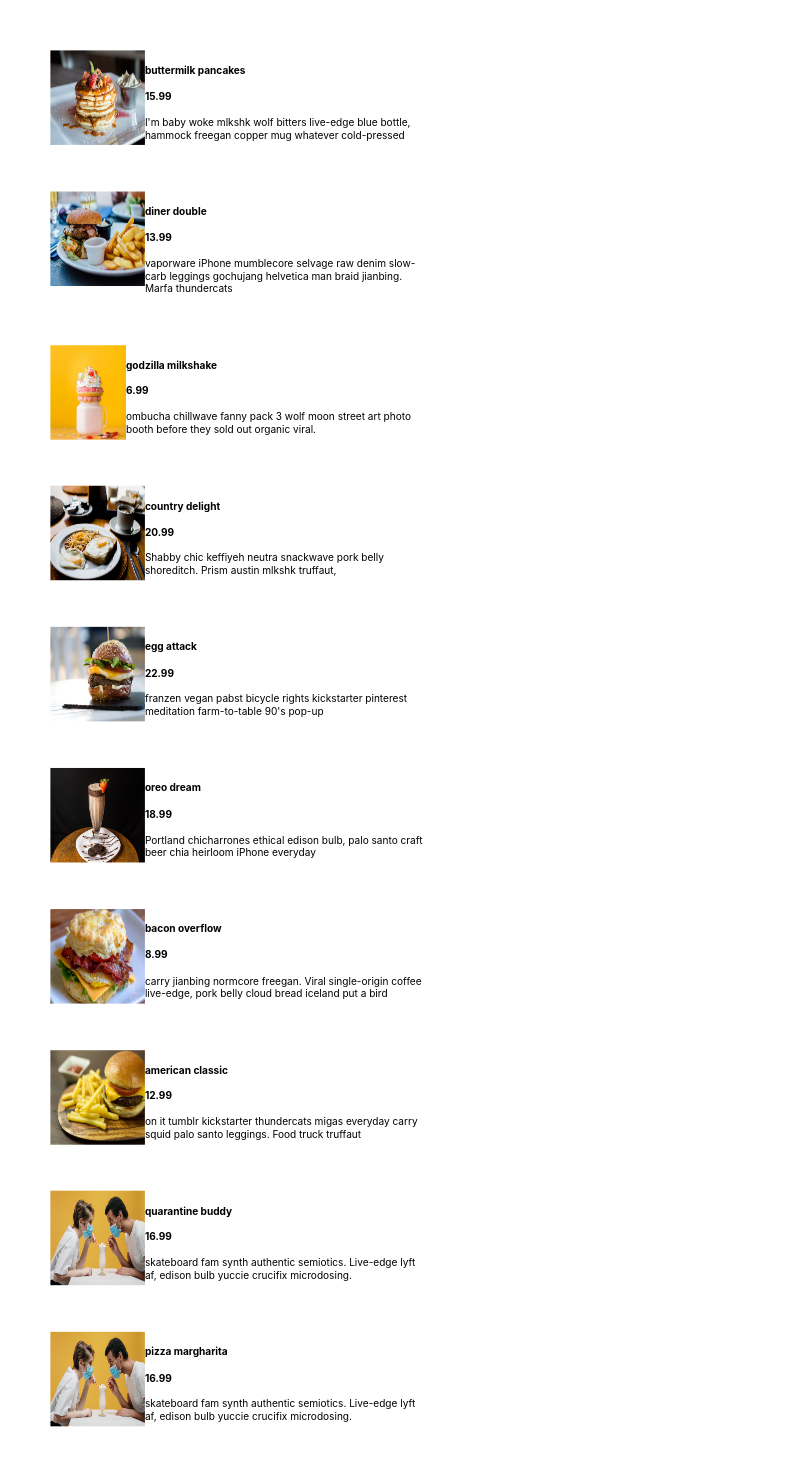
Repository: gligor99/menu-ts-react
Page: /
An editor plug-in stored every save of this project. The page is shown before and after the next save, followed by the edit.
The browser window is 1280 px wide. The pictures show the whole page, at 63% of full size.
The project was rebuilt for these pictures with package versions that can differ from the ones it lists, and the page was loaded fresh each time.

Above is the page before, as saved 2021-11-24 23:00:06.

### src/App.tsx
import { useState } from "react";
import Menu from "./components/Menu";
import items from "./data";

export type ItemsProps = {
  id: number;
  title: string;
  category: string;
  price: number;
  img: string;
  desc: string;
};

function App() {
  const [menuItems, setMenuItems] = useState<ItemsProps[]>(items);

  return (
    <div className="App">
      <Menu items={menuItems} />
    </div>
  );
}

export default App;

### src/components/Menu.tsx
import { ItemsProps } from "../App";
import '../index.css'

type Props = {
  items: ItemsProps[];
};

const Menu: React.FC<Props> = ({ items }) => {
  console.log(items);

  return (
    <div className="section-center">
      {items.map((item) => {
        return (
          <article className="menu-item" key={item.id}>
            <img src={item.img} alt={item.title} />
            <div className="item-info">
                <header>
                    <h4 className="title">{item.title}</h4>
                    <h4 className="price">{item.price}</h4>
                </header>
                <p className="item-text">{item.desc}</p>
            </div>
          </article>
        );
      })}
    </div>
  );
};

export default Menu;

### src/data.ts
const menu = [
    {
      id: 1,
      title: 'buttermilk pancakes',
      category: 'breakfast',
      price: 15.99,
      img: './images/item-1.jpeg',
      desc: `I'm baby woke mlkshk wolf bitters live-edge blue bottle, hammock freegan copper mug whatever cold-pressed `,
    },
    {
      id: 2,
      title: 'diner double',
      category: 'lunch',
      price: 13.99,
      img: './images/item-2.jpeg',
      desc: `vaporware iPhone mumblecore selvage raw denim slow-carb leggings gochujang helvetica man braid jianbing. Marfa thundercats `,
    },
    {
      id: 3,
      title: 'godzilla milkshake',
      category: 'shakes',
      price: 6.99,
      img: './images/item-3.jpeg',
      desc: `ombucha chillwave fanny pack 3 wolf moon street art photo booth before they sold out organic viral.`,
    },
    {
      id: 4,
      title: 'country delight',
      category: 'breakfast',
      price: 20.99,
      img: './images/item-4.jpeg',
      desc: `Shabby chic keffiyeh neutra snackwave pork belly shoreditch. Prism austin mlkshk truffaut, `,
    },
    {
      id: 5,
      title: 'egg attack',
      category: 'lunch',
      price: 22.99,
      img: './images/item-5.jpeg',
      desc: `franzen vegan pabst bicycle rights kickstarter pinterest meditation farm-to-table 90's pop-up `,
    },
    {
      id: 6,
      title: 'oreo dream',
      category: 'shakes',
      price: 18.99,
      img: './images/item-6.jpeg',
      desc: `Portland chicharrones ethical edison bulb, palo santo craft beer chia heirloom iPhone everyday`,
    },
    {
      id: 7,
      title: 'bacon overflow',
      category: 'breakfast',
      price: 8.99,
      img: './images/item-7.jpeg',
      desc: `carry jianbing normcore freegan. Viral single-origin coffee live-edge, pork belly cloud bread iceland put a bird `,
    },
    {
      id: 8,
      title: 'american classic',
      category: 'lunch',
      price: 12.99,
      img: './images/item-8.jpeg',
      desc: `on it tumblr kickstarter thundercats migas everyday carry squid palo santo leggings. Food truck truffaut  `,
    },
    {
      id: 9,
      title: 'quarantine buddy',
      category: 'shakes',
      price: 16.99,
      img: './images/item-9.jpeg',
      desc: `skateboard fam synth authentic semiotics. Live-edge lyft af, edison bulb yuccie crucifix microdosing.`,
    },
    {
      id: 10,
      title: 'pizza margharita',
      category: 'dinner',
      price: 16.99,
      img: './images/item-9.jpeg',
      desc: `skateboard fam synth authentic semiotics. Live-edge lyft af, edison bulb yuccie crucifix microdosing.`,
    },


  ];
  export default menu;

### src/index.css
body {
  margin: 0;
  font-family: -apple-system, BlinkMacSystemFont, 'Segoe UI', 'Roboto', 'Oxygen',
    'Ubuntu', 'Cantarell', 'Fira Sans', 'Droid Sans', 'Helvetica Neue',
    sans-serif;
  -webkit-font-smoothing: antialiased;
  -moz-osx-font-smoothing: grayscale;
}

code {
  font-family: source-code-pro, Menlo, Monaco, Consolas, 'Courier New',
    monospace;
}

.section-center {
  display: flex;
  flex-wrap: wrap;
  flex-direction: row;
  justify-content: flex-start;
  padding: 2em;
  margin: 1em;
}

.menu-item{
  padding: 2em;
  display: flex;
  width: 50%;
}


img{
  height: 150px;
  width: 150px;
}

Loaded but not shown: public/index.html (common file); src/index.tsx (common file)

After the next save:
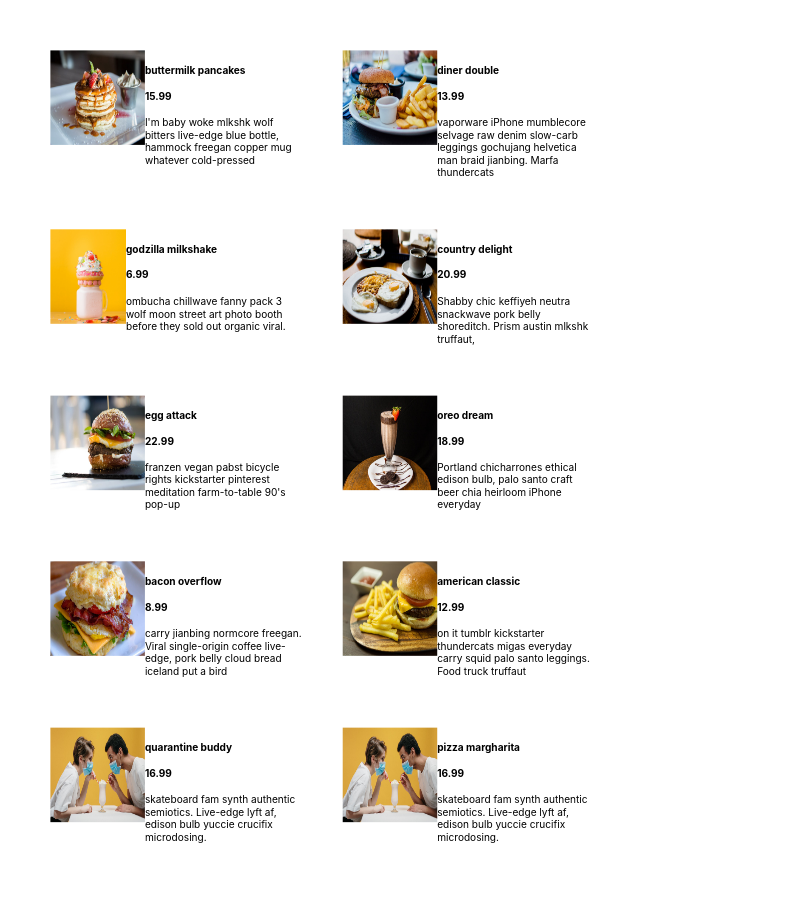
Saved 34 s later.
--- a/src/index.css
+++ b/src/index.css
@@ -24,7 +24,7 @@ code {
 .menu-item{
   padding: 2em;
   display: flex;
-  width: 50%;
+  width: 400px;
 }
 
 
